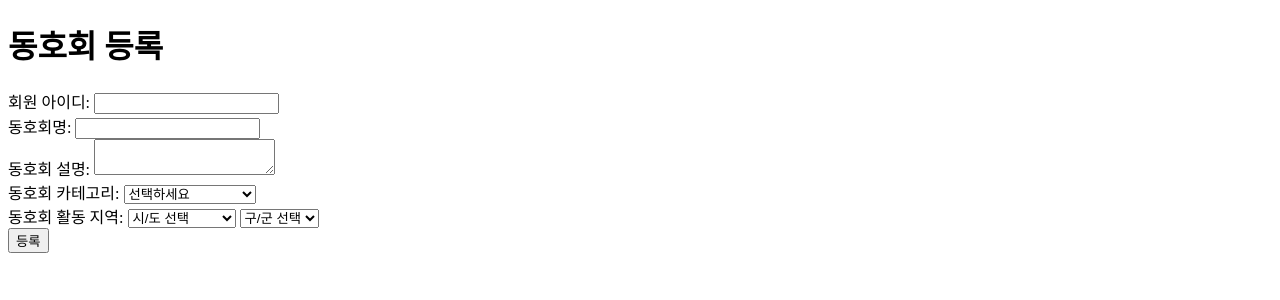
Repository: HB1112/cloud
Page: http://localhost/Solocare/WEB-INF/views/club/clubregist.jsp
An editor plug-in stored every save of this project. The page is shown before and after the next save, followed by the edit.
The browser window is 1280 px wide. The pictures show the whole page.
The page is served by Tomcat 9. Nobody is signed in. The template is opened directly, without the code that normally fills it, so the values that code supplies are empty.

Above is the page before, as saved 2024-12-16 03:36:10.

After the next save:
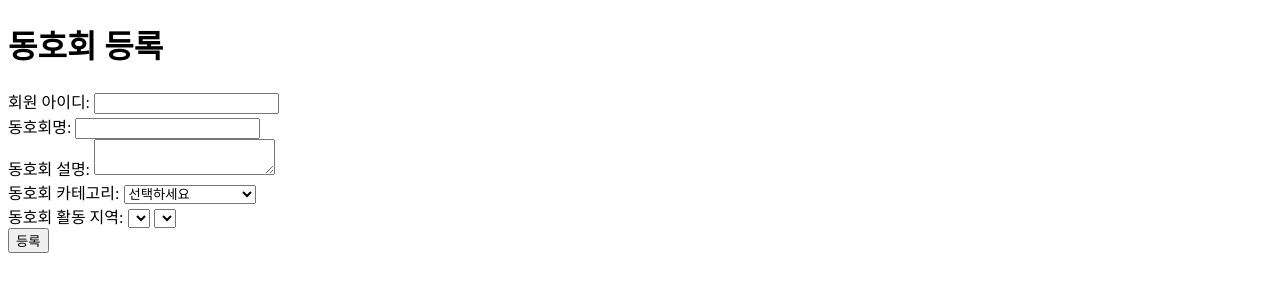
Saved 5 min 17 s later.
--- a/Solocare/src/main/webapp/WEB-INF/views/club/clubregist.jsp
+++ b/Solocare/src/main/webapp/WEB-INF/views/club/clubregist.jsp
@@ -34,8 +34,8 @@
         </div>
         <div>
             <label>동호회 활동 지역:</label>
-            <select name="sido1" id="sido1"></select>
-			<select name="gugun1" id="gugun1"></select>
+            <select name="region" id="sido1"></select>
+			<select name="district" id="gugun1"></select>
         </div>
         <div>
             <button type="submit">등록</button>
